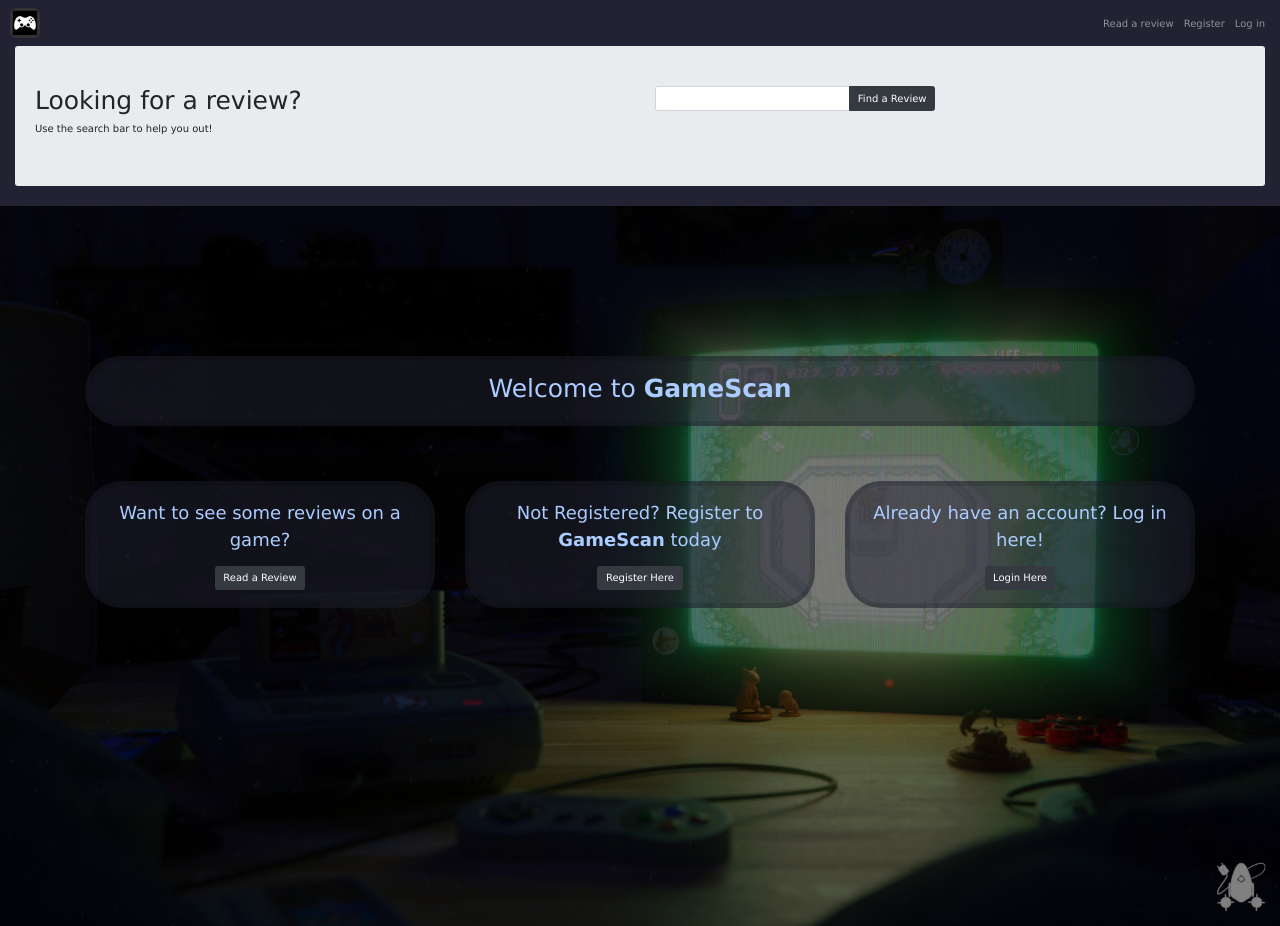
Repository: amit238/milestone-project-3
Page: http://localhost/
The author's editor kept a record of every edit. The page is drawn from the files as they stood at one moment, then again after the next edit.
The browser window is 1280 px wide. The pictures show the whole page.
Some web libraries are served in a nearby version. The page is served by the project's application, run on Flask 3 (app.py). Other server files are loaded and not shown.

Above is the page before.

### templates/index.html
{% extends "base.html" %} {% block nav_index %}active{% endblock %} {% block content %}
<div class="background">
    <div class="container fade-in">
        <div class="row">
            <div class="col-12 homepage">
                <div class="card homepage-card">
                    <div class="card-body">
                        <h1 class="welcome">Welcome to <strong>GameScan</strong></h1>
                    </div>
                </div>
            </div>
        </div>
        <div class="row padding-text-align">
            <div class="col-12 col-lg-4">
                <div class="card homepage-card">
                    <!--Homepage which shows cards providing buttons to redirect -->
                    <div class="card-body">
                        <p>Want to see some reviews on a game?</p>
                        <a href="{{ url_for('reviews') }}" ><button method="get" type="submit" type="button" class="btn btn-dark">Read a Review</button></a>
                    </div>
                </div>
            </div>
            <div class="col-12 col-lg-4">
                <div class="card homepage-card">
                    <div class="card-body">
                        <p>Not Registered? Register to <strong>GameScan</strong> today</p>
                        <a href="{{ url_for('register') }}"><button type="button" class="btn btn-dark">Register Here</button></a>
                    </div>
                </div>
            </div>
            <div class="col-12 col-lg-4">
                <div class="card homepage-card">
                    <div class="card-body">
                        <p>Already have an account? Log in here!</p>
                        <a href="{{ url_for('login') }}"><button type="button" class="btn btn-dark">Login Here</button></a>
                    </div>
                </div>
            </div>
        </div>
        {% endblock %}

### templates/base.html
<!DOCTYPE html>
<html lang="en">

<head>
  <meta charset="UTF-8">
  <meta name="viewport" content="width=device-width, initial-scale=1.0">
  <meta http-equiv="X-UA-Compatible" content="ie=edge"> {% if title %}
  <title>GameScan - {{ title }} </title>
  {% else %}
  <title>Welcome to GameScan!</title>
  {% endif %}
  <link rel="stylesheet" href="https://maxcdn.bootstrapcdn.com/bootstrap/4.2.1/css/bootstrap.min.css" type="text/css" />
  <link rel="stylesheet" href="https://use.fontawesome.com/releases/v5.0.10/css/all.css" integrity="sha384-+d0P83n9kaQMCwj8F4RJB66tzIwOKmrdb46+porD/OvrJ+37WqIM7UoBtwHO6Nlg" crossorigin="anonymous">
  <link rel="stylesheet" href="{{url_for('static', filename='css/style.css')}}" type="text/css" />
  <link rel="shortcut icon" type="image/ico" href="{{ url_for('static', filename='img/favicon.ico') }}" />
</head>

<body>

  <header>
    <nav class="navbar navbar-expand-lg navbar-dark bg-custom ">
      <a class="navbar-brand" href="{{ url_for('index') }}">
       <img src="{{ url_for('static', filename='img/favicon.ico') }}" width="30" height="30" alt="">
  </a>
      <button class="navbar-toggler" type="button" data-toggle="collapse" data-target="#navbarNavAltMarkup" aria-controls="navbarNavAltMarkup" aria-expanded="false" aria-label="Toggle navigation">
    <span class="navbar-toggler-icon"></span>
  </button>
      <div class="collapse navbar-collapse" id="navbarNavAltMarkup">
        <div class="navbar-nav ml-auto">
          <!--Being 'logged in' will show different links-->
          {% if session['logged_in'] == True %}
          <a class="nav-item nav-link" href="{{ url_for('reviews') }}">Read a review</a>
          <a class="nav-item nav-link" href="{{ url_for('addreview') }}">Write a review</a>
          <a class="nav-item nav-link" href="{{ url_for('logout') }}">Sign Out</a> {% else %}
          <a class="nav-item nav-link" href="{{ url_for('reviews') }}">Read a review</a>
          <a class="nav-item nav-link" href="{{ url_for('register') }}">Register</a>
          <a class="nav-item nav-link" href="{{ url_for('login') }}">Log in</a> {% endif %}
        </div>
      </div>
    </nav>
    <div class="container-fluid">
      <div class="jumbotron">
        <div class="row">
          <div class="col-lg-6">
            <h1>Looking for a review?</h1>
            <p>Use the search bar to help you out!</p>
          </div>
          <div class="col-lg-3">
            <form class="input-group mb-3" action="{{ url_for('search') }}">
              <input class="form-control" type="text" name="query" />
              <div class="input-group-append">
                <button class="btn btn-dark" type="submit">Find a Review</button>
              </div>
            </form>
          </div>
        </div>
      </div>
    </div>
    {% with messages = get_flashed_messages() %} {% if messages %}
    <ul>
      {% for message in messages %}
      <li class="alert-warning">{{ message }}</li>
      {% endfor %}
    </ul>
    {% endif %} {% endwith %} {% block content %} {% endblock %}
  </header>
  <script src="https://code.jquery.com/jquery-3.5.1.js" integrity="sha256-QWo7LDvxbWT2tbbQ97B53yJnYU3WhH/C8ycbRAkjPDc=" crossorigin="anonymous"></script>
  <script src="https://cdnjs.cloudflare.com/ajax/libs/popper.js/1.14.6/umd/popper.min.js" integrity="sha384-wHAiFfRlMFy6i5SRaxvfOCifBUQy1xHdJ/yoi7FRNXMRBu5WHdZYu1hA6ZOblgut" crossorigin="anonymous"></script>
  <script src="https://stackpath.bootstrapcdn.com/bootstrap/4.2.1/js/bootstrap.min.js" integrity="sha384-B0UglyR+jN6CkvvICOB2joaf5I4l3gm9GU6Hc1og6Ls7i6U/mkkaduKaBhlAXv9k" crossorigin="anonymous"></script>
</body>

</html>

### app.py
import os
if os.path.exists("env.py"):
  import env
from flask import Flask, render_template, redirect, request, url_for, flash, session
from forms import LoginForm, RegisterForm, ReviewGameForm
from flask_pymongo import PyMongo
from bson.objectid import ObjectId
import re
import bcrypt

app = Flask(__name__)
app.config["MONGO_DBNAME"] = 'game_scan'
app.config["MONGO_URI"] = os.environ.get('MONGO_URI')

mongo = PyMongo(app)

SECRET_KEY = os.urandom(32)
app.config['SECRET_KEY'] = SECRET_KEY



@app.route('/reviews')
def reviews():
    return render_template('reviews.html', title="Read a review!", game_reviews=mongo.db.game_reviews.find())







@app.route('/')
def index():
    return render_template('index.html', title="Home")






# Adding Log in

@app.route('/login', methods=['GET', 'POST'])
def login():
    """Login handler"""
    if session.get('logged_in'):
        if session['logged_in'] is True:
            return redirect(url_for('index', title="Log In"))

    form = LoginForm()

    if form.validate_on_submit():
        # get all users
        users = mongo.db.users
        # try and get one with same name as entered
        db_user = users.find_one({'name': request.form['username']})

        if db_user:
            # check password using hashing
            if bcrypt.hashpw(request.form['password'].encode('utf-8'),
                             db_user['password']) == db_user['password']:
                session['username'] = request.form['username']
                session['logged_in'] = True
                flash('You have successfully logged in!')
                # successful redirect to home logged in
                return redirect(url_for('index', title="Sign In", form=form))
            # must have failed set flash message
            flash('Invalid username/password combination')
    return render_template("login.html", title="Sign In", form=form)





@app.route('/logout')
def logout():
    """Clears session and redirects to home"""
    session.clear()
    return redirect(url_for('index'))





# Adding in Register form

@app.route('/register', methods=['GET', 'POST'])
def register():
    """Handles registration functionality"""
    form = RegisterForm(request.form)
    if form.validate_on_submit():
        # get all the users
        users = mongo.db.users
        # see if we already have the entered username
        existing_user = users.find_one({'name': request.form['username']})

        if existing_user is None:
            # hash the entered password
            hash_pass = bcrypt.hashpw(request.form['password'].encode('utf-8'), bcrypt.gensalt())
            # insert the user to DB
            users.insert_one({'name': request.form['username'],
                          'password': hash_pass,
                          'email': request.form['email']})
            session['username'] = request.form['username']
            session['logged_in'] = True
            # Logs user in after registering
            return redirect(url_for('index'))
        # duplcate username set flash message and reload page
        flash('Sorry, that username is already taken - use another')
        return redirect(url_for('register'))
    return render_template('register.html', title='Register', form=form)





# Adding a review

@app.route('/addreview', methods=['GET', 'POST'])
def addreview():

   # If user gets onto the add page but not logged in

    if 'logged_in' not in session:
        flash('To add a review you need to sign in')
        return redirect(url_for('login'))

   # If form submits successfully

    form = ReviewGameForm(request.form)
    if request.method == 'POST':
        game_reviews=mongo.db.game_reviews
        print('inside')
        print('rating:' + request.form['rating'])
        # import pdb; pdb.set_trace()
        # add form content to db as a new record
        game_reviews.insert_one({
            'user_created': session['username'],
            'name': request.form['name'],
            'genre': request.form['genre'],
            'rating': request.form['rating'],
            'description': request.form['description'],
            })

        flash('Your Review has been added ', 'success')

        # send to my reviews template on successful add
        return redirect(url_for('reviews'))

    return render_template('addreview.html', form=form,
                           title='Add a Review')





# Editing a review

@app.route('/editreview/<id>', methods=['GET', 'POST'])
def editreview(id):


    a_reivew = mongo.db.game_reviews.find_one({'_id': ObjectId(id)})
    # retrieving record from db


    form = ReviewGameForm(data=a_reivew)

    if form.validate_on_submit():  # if form submits successfully
        game_reviews = mongo.db.game_reviews


        # add form content to db as a new record
        game_reviews.update_one({'_id': ObjectId(id)}, {'$set': {
            'name': request.form['name'],
            'genre': request.form['genre'],
            'rating': request.form['rating'],
            'description': request.form['description'],
            }})
        flash('Your review has been updated!', 'success')

        # send to my review template on successful addupdate
        return redirect(url_for('reviews', id=id))

    return render_template('editreview.html', form=form,
                           title='Edit a  Review!')


# Delete a review

# If user is logged in and wants to delete a review

@app.route('/deletereview/<id>', methods=['GET', 'POST'])
def deletereview(id):

    flash("Your review has been removed!.")
    mongo.db.game_reviews.delete_one({'_id': ObjectId(id)})
    return redirect(url_for('index'))

# Adding a Search bar to my reviews page


@app.route('/search', methods=['POST'])
def search():
    # This creates an index in each of the fields in the collect to perform a text search on them
    mongo.db.game_reviews.create_index([('description', 'text'), ('name','text'), ('genre', 'text'),])

    query = request.form.get('query')
    game_reviews = mongo.db.game_reviews.find({'$text': {'$search': query}})
    return render_template('reviews.html', game_reviews=game_reviews, type='search', query=query)




# Adding a 404 error page

''' If user goes onto a page that doesnt exist on the app '''

@app.errorhandler(404)
def handle_404(exception):
    return render_template('404.html', exception=exception, title="404 Error")

if __name__ == '__main__':
    app.run(host=os.environ.get('IP'),
            port=int(os.environ.get('PORT')),
            debug=False)

### static/css/style.css
html {
  font-size: 10px;
}

body {
  padding: 0;
  margin: 0;
  background-color: #222233;
  font-family: "Lucida Sans Unicode", "Lucida Grande", sans-serif;
  ;
}

/*----Navbar----*/

.bg-custom {
  background-color: #222233;
}

.nav-item {
  color: #aaccff;
}

/*----Homepage----*/

.padding-text-align {
  padding-top: 5em;
  text-align: center;
}

.homepage-card {
  font-size: large;
  background-color: rgba(34, 34, 51, 0.5);
  border-radius: 2em;
  border-width: thick;
  animation: fade-cards-in 2s ease-out;
  margin-bottom: 5px;
  color: #AACCFF
}

@keyframes fade-cards-in {
  0% {
    opacity: .5;
    transform: translateY(30px);
  }
  80% {
    transform: translateY(3px);
  }
  100% {
    opacity: 1;
    transform: translate(0);
  }
}

.background {
  background-image: url('../img/night.jpg');
  background-color: #222233;
  background-size: cover;
  background-repeat: no-repeat;
  height: 100vh;
}

.homepage {
  padding-top: 15em;
  text-align: center;
}

/*----Add Review----*/
/*-some css also in reviews.html to stop repeating-*/

.form-bg {
  background-color: #222233;
  margin-top: 2em;
}

.thick-border {
  border-width: thick;

}

.form-text {
  color: #AACCFF;
  font-size: 1.4rem;
  border-width: thick;
}

.form-btn {
  text-align: center;
  background-color: #222233;
}

.center-header {
  text-align: center;
}


/*----Reviews----*/

.center {
  text-align: center;
  border-width: thick;
}

.description {
  margin-top: 2em;
  text-align: left;
}

.review-title {
  font-weight: 900;
}


/*----Register----*/
/*-some css also in other html pages to stop repeating-*/

.color-center {
  color: #AACCFF;
  text-align: center;
}

.padding-top {
  padding-top: 1em;
}


.border-box {
  border-radius: 1rem;
}




.message {
  text-align: center;
  color: white;
  padding-left: 3rem;
}

After the next edit:
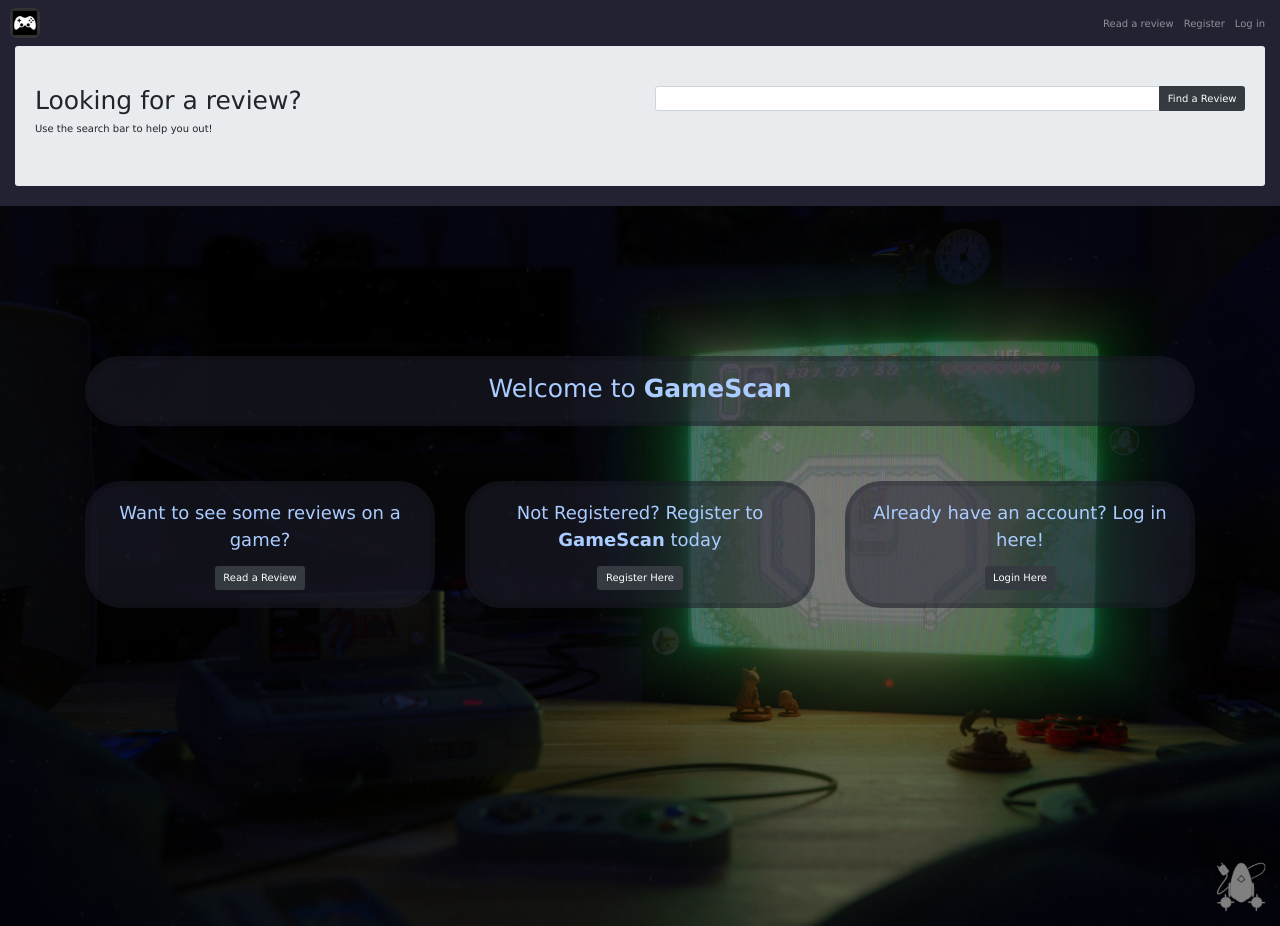
The edit:
--- a/templates/base.html
+++ b/templates/base.html
@@ -45,7 +45,7 @@
             <h1>Looking for a review?</h1>
             <p>Use the search bar to help you out!</p>
           </div>
-          <div class="col-lg-3">
+          <div class="col-lg-6">
             <form class="input-group mb-3" action="{{ url_for('search') }}">
               <input class="form-control" type="text" name="query" />
               <div class="input-group-append">
